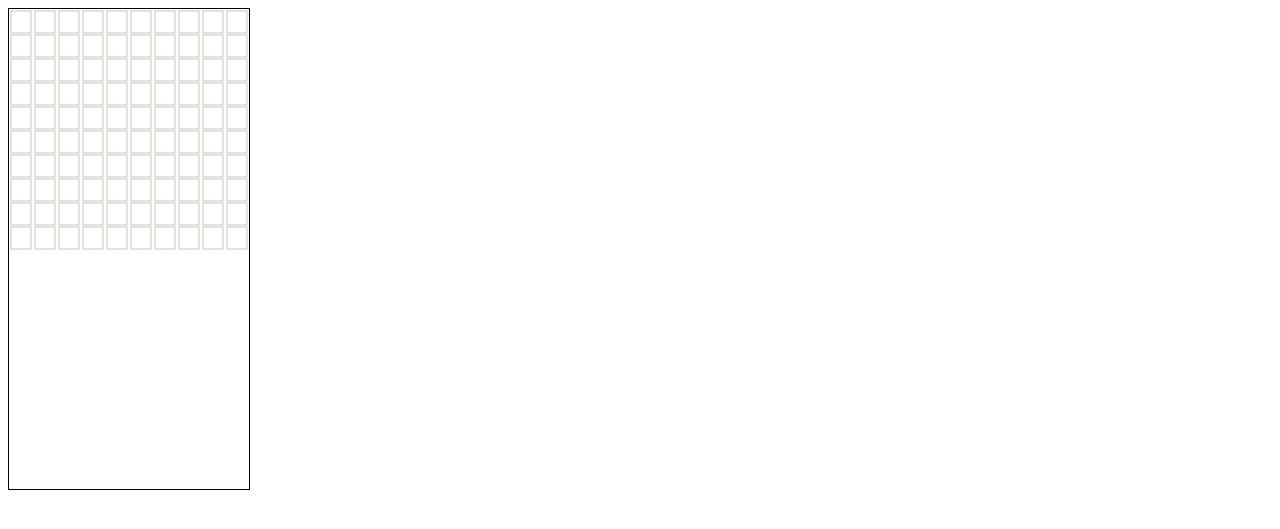
Repository: yzarc204/tetris-web
Page: index.html
An editor plug-in stored every save of this project. The page is shown before and after a run of saves, followed by the edit.
The browser window is 1280 px wide. The pictures show the whole page.

Above is the page before, as saved 2021-09-20 18:32:52.

### index.html
<!DOCTYPE html>
<html lang="en">
<head>
    <meta charset="UTF-8">
    <meta http-equiv="X-UA-Compatible" content="IE=edge">
    <meta name="viewport" content="width=device-width, initial-scale=1.0">
    <title>Tetris</title>
    <style>
        canvas {
            border: 1px solid #000;
        }
    </style>
</head>
<body>
    <script src="js/const.js"></script>
    <script src="js/board.js"></script>
    <script src="js/pixel.js"></script>
    <script src="js/brick.js"></script>
    <script src="js/game.js"></script>
</body>
</html>

### js/const.js
const PIXEL_SIZE = 24;
const PIXEL_COLOR = '#000000';
const PIXEL_BG_COLOR = '#879372';

const B = true;
const _ = false;

const ROW = 20;
const COL = 10;

const GAME_WIDTH = PIXEL_SIZE * COL;
const GAME_HEIGHT = PIXEL_SIZE * ROW;
const GAME_BG_COLOR = '#9EAD86';

### js/board.js
class Board
{
    constructor(tetris) {
        this.tetris = tetris;
        this.map = [];
        this.row = ROW;
        this.col = COL;
        this.init();
    }

    init() {
        for (let row = 0; row < this.row; row++) {
            let rowData = [];
            for (let col = 0; col < this.col; col++) {
                rowData.push(_);
            }
            this.map.push(rowData);
        }
    }

    draw() {
        for (let row = 0; row < this.row; row++) {
            for (let col = 0; col < this.col; col++) {
                if (this.map[row][col] == _)
                    new Pixel(this.tetris, row, col, PIXEL_BG_COLOR).draw();
            }
        }
    }
};

### js/pixel.js
class Pixel
{
    constructor(tetris, row, col, color) {
        this.tetris = tetris;
        this.row = row;
        this.col = col;
        this.color = color;
        this.size = PIXEL_SIZE;
    }

    draw() {
        const x = this.row * this.size;
        const y = this.col * this.size;
        this.tetris.ctx.fillStyle = this.color;
        this.tetris.ctx.strokeStyle = this.color;
        this.tetris.ctx.lineWidth = 0.5;
        this.tetris.ctx.strokeRect(x+2, y+2, this.size-4, this.size-2);
    }
};

### js/game.js
class Tetris {
    constructor() {
        this.cvs = null;
        this.ctx = null;
        this.board = null;
        this.brick = null;
        this.score = 0;
        this.init();
        this.startGame();
    }

    init() {
        // Create canvas
        this.cvs = document.createElement('canvas');
        this.cvs.width = GAME_WIDTH;
        this.cvs.height = GAME_HEIGHT;
        document.body.appendChild(this.cvs);

        this.ctx = this.cvs.getContext('2d');
    }

    startGame() {
        this.board = new Board(this);
        this.board.draw();
        console.log('draw');

    }

    clrscr() {

    }

    loop() {

    }

    update() {

    }

    draw() {

    }
};

const tetris = new Tetris();

Loaded but not shown: js/brick.js (no copy from this time; the picture is the same without it)

After the next 2 saves:
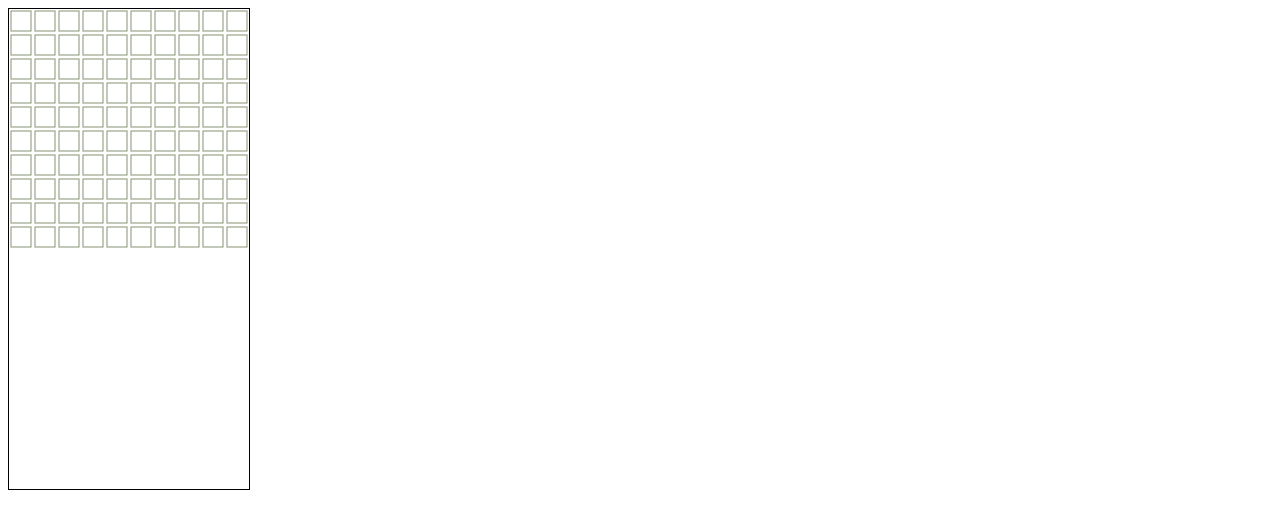
The 2 saves are shown as one change because they came seconds apart.
The last was saved 36 s later.
--- a/js/pixel.js
+++ b/js/pixel.js
@@ -13,7 +13,7 @@ class Pixel
         const y = this.col * this.size;
         this.tetris.ctx.fillStyle = this.color;
         this.tetris.ctx.strokeStyle = this.color;
-        this.tetris.ctx.lineWidth = 0.5;
-        this.tetris.ctx.strokeRect(x+2, y+2, this.size-4, this.size-2);
+        this.tetris.ctx.lineWidth = 1;
+        this.tetris.ctx.strokeRect(x+2, y+2, this.size-4, this.size-4);
     }
 };
